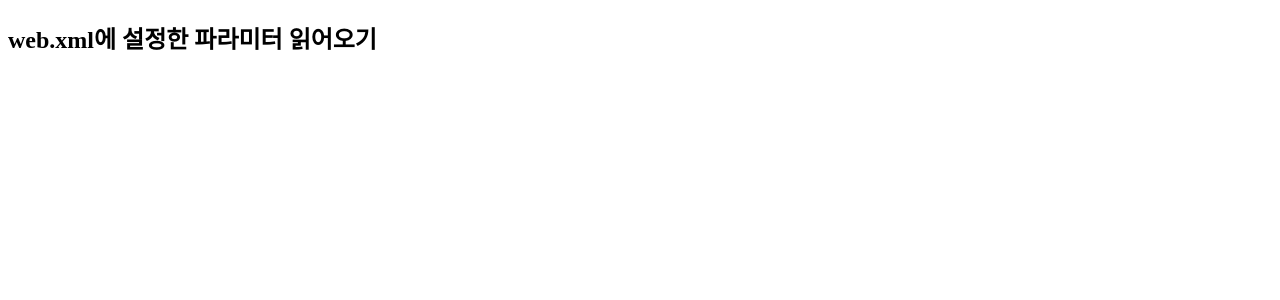
Repository: parkblacksheep/JSP-Servlet
Page: http://localhost/HelloJSP2_2/object3/applicationMain.jsp
These files come from the project's save history. The page is drawn as it stood at one moment and after the next save; the edit follows.
The browser window is 1280 px wide. The pictures show the whole page.
The page is served by Tomcat 9.

Above is the page before, as saved 2024-07-25 06:21:46.

### HelloJSP2_2/src/main/webapp/object3/applicationMain.jsp
<%@ page language="java" contentType="text/html; charset=UTF-8"
    pageEncoding="UTF-8"%>
<!DOCTYPE html>

<html>
	<head>
		<meta charset="UTF-8">
		<title>Insert title here</title>
	</head>

	<body>
		<h2>web.xml에 설정한 파라미터 읽어오기 </h2>
		<% application.getInitParameter("INIT_PARAM"); %>
	</body>
</html>

After the next save:
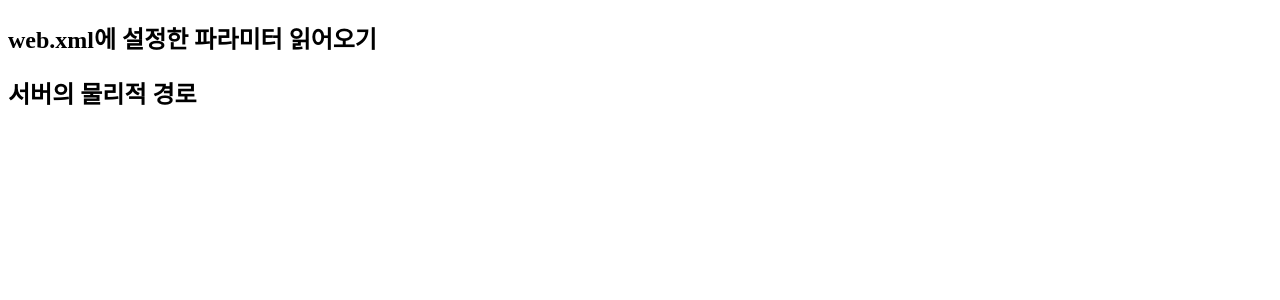
Saved 93 s later.
--- a/HelloJSP2_2/src/main/webapp/object3/applicationMain.jsp
+++ b/HelloJSP2_2/src/main/webapp/object3/applicationMain.jsp
@@ -11,5 +11,7 @@
 	<body>
 		<h2>web.xml에 설정한 파라미터 읽어오기 </h2>
 		<% application.getInitParameter("INIT_PARAM"); %>
+
+		<h2>서버의 물리적 경로</h2>
 	</body>
 </html>
